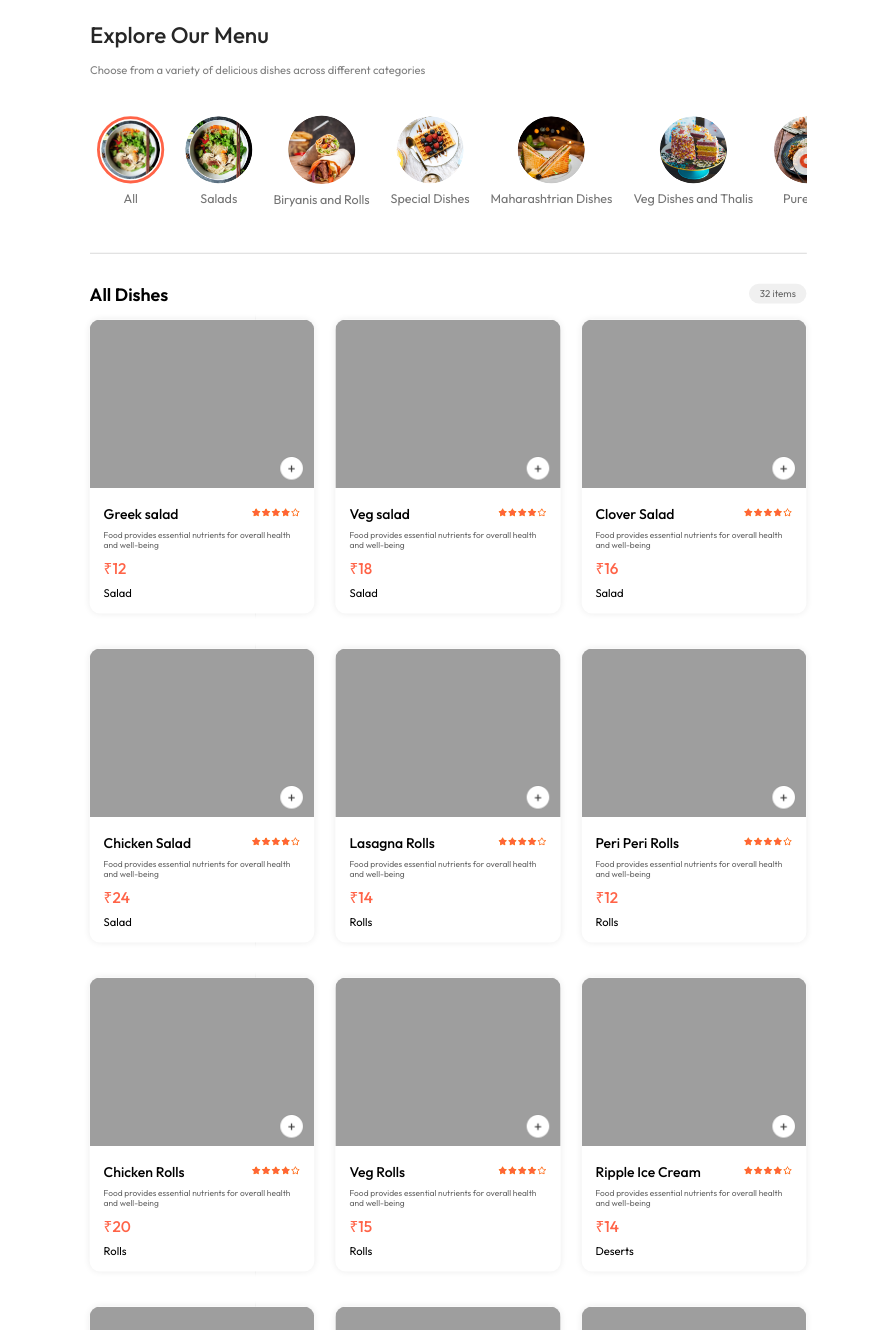
Repository: keyursanglikar/Hotel-Manangement
Page: / (app in frontend/)
An editor plug-in stored every save of this project. The page is shown before and after the next save, followed by the edit.
The browser window is 1280 px wide. The pictures show the part of the page from y = 609 to 2509 px (the page is 9373 px tall), at 70% of full size.
The page's requests for data from a server got no answer. The project was rebuilt for these pictures with package versions that can differ from the ones it lists, and the page was loaded fresh each time. No one was signed in, and anything a server would have sent is missing. Also part of the build but not shown: frontend/vite.config.js, frontend/src/pages/Cart/Cart.css, frontend/src/pages/Cart/Cart.jsx, frontend/src/pages/PlaceOrder/PlaceOrder.jsx, frontend/src/components/LoginPopup/LoginPopup.css, frontend/src/components/LoginPopup/LoginPopup.jsx, frontend/src/pages/Verify/Verify.css, frontend/src/pages/Verify/Verify.jsx and 2 more.

Above is the page before, as saved 2025-12-04 23:25:04.

After the next save:
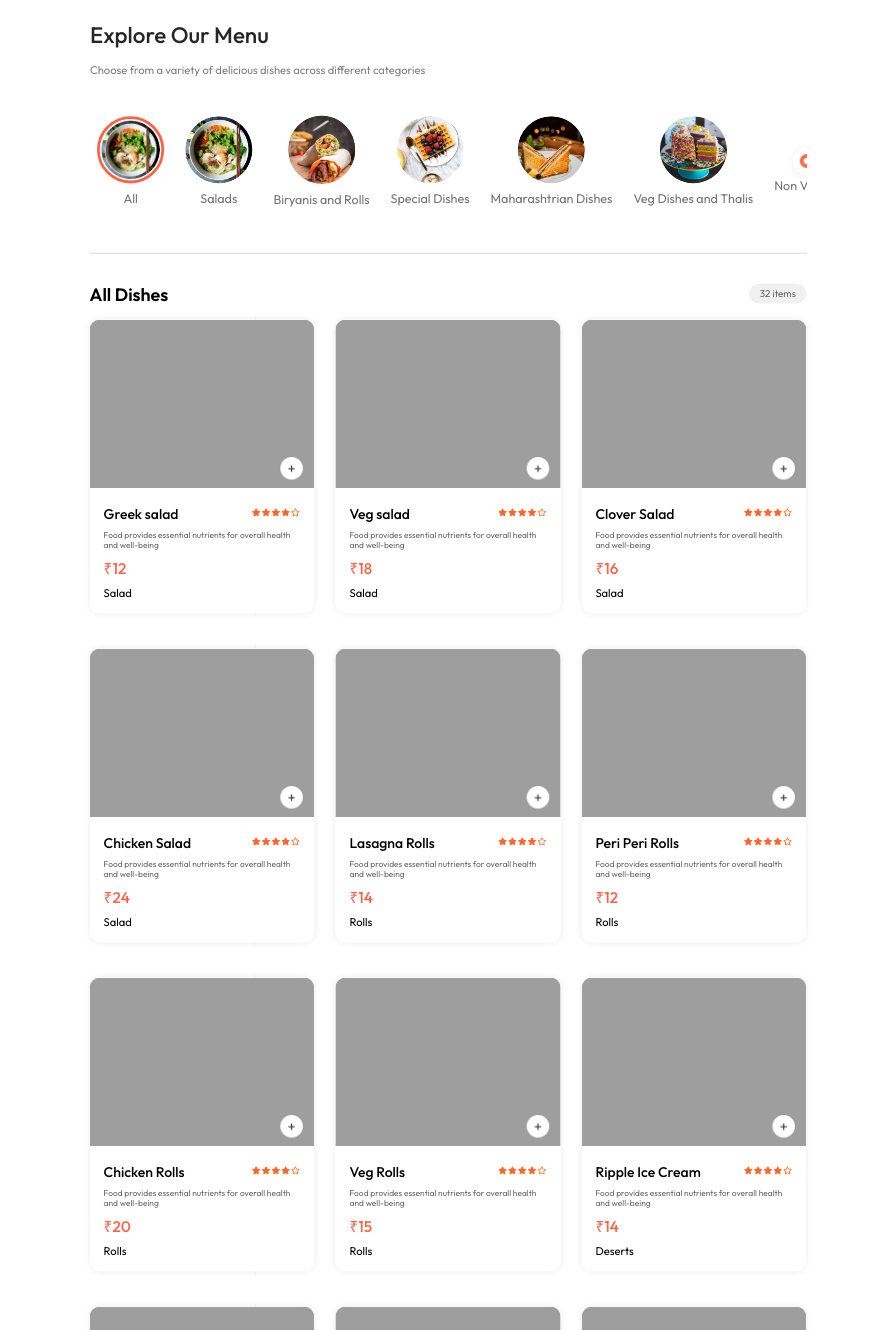
Saved 18 s later.
--- a/frontend/src/components/ExploreMenu/ExploreMenu.jsx
+++ b/frontend/src/components/ExploreMenu/ExploreMenu.jsx
@@ -46,7 +46,7 @@ const ExploreMenu = ({ category, setCategory }) => {
     "Special Dishes",
     "Maharashtrian Dishes",
     "Veg Dishes and Thalis",
-    "Pure Veg",
+    "Non Veg Dishes and Thalis",
     "Non Veg",
     "Pasta",
     "Noodles",
